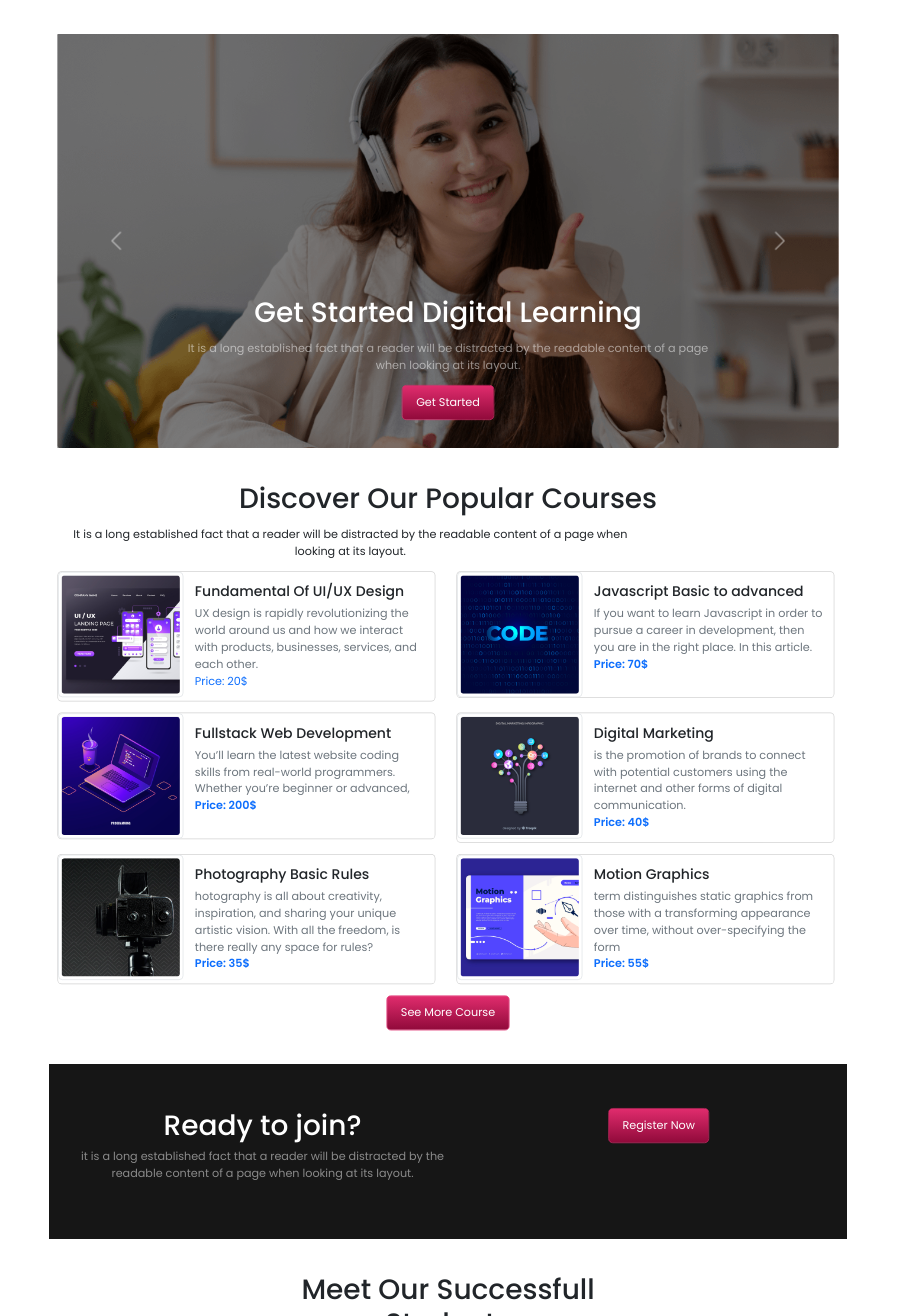
Repository: mdrubel02/Guru-Developer
Page: index.html
The author's editor kept a copy of each file at every save. The page is drawn from the files as they stood at one save, then again after the next save.
The browser window is 1280 px wide. The page is 1292 px wide, so the pictures cover 1292 px, including what lies to the right of the window. The pictures show the part of the page from y = 0 to 1880 px (the page is 3392 px tall), at 70% of full size.
Some web libraries are served in a nearby version.

Above is the page before, as saved 2022-07-28 14:00:40.

After the next save:
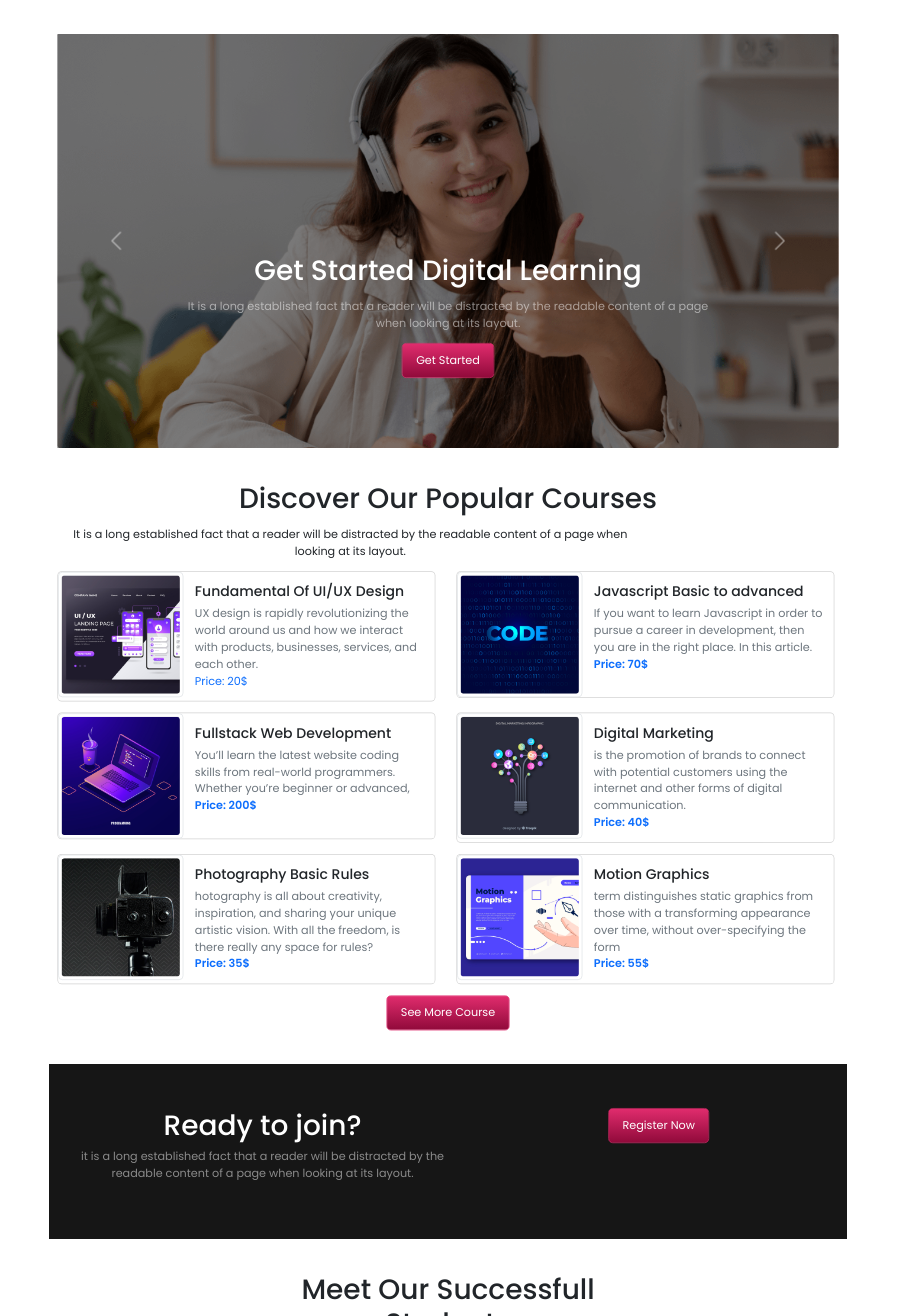
Saved 83 s later.
--- a/style.css
+++ b/style.css
@@ -75,10 +75,7 @@
     opacity: .5;
 }
 .slider_caption{
-    display: flex;
-    flex-direction: column;
-    justify-content: center;
-    align-items: center;
+   padding-bottom: 5rem;
 }
 
 /* ========FOOTER STYLE======= */
